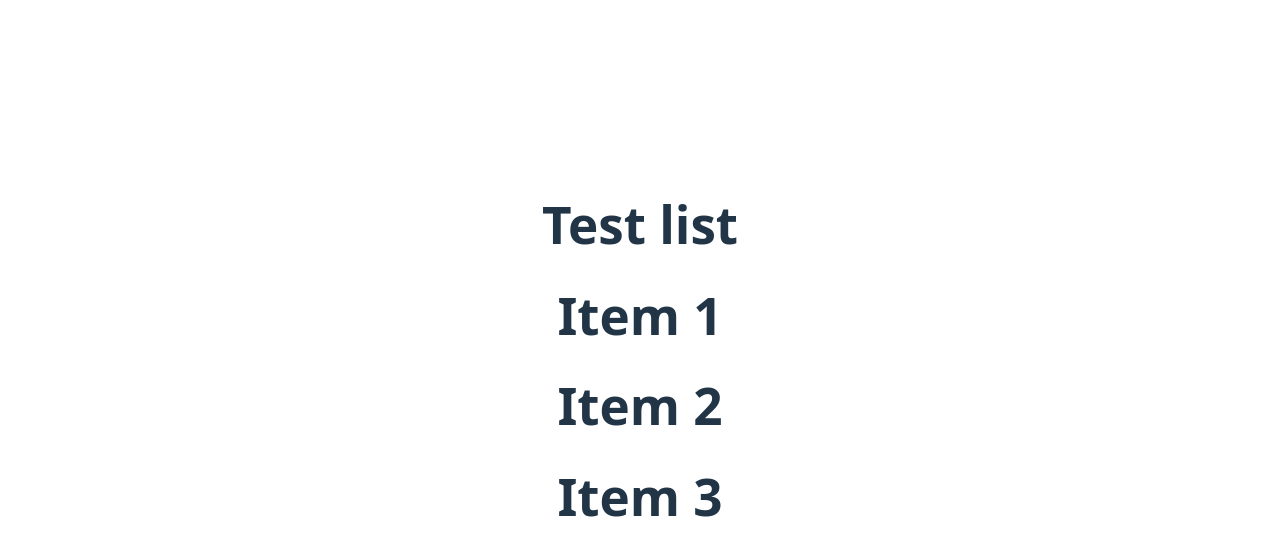
Repository: valentina2209/homeworks
Page: / (app in hw-03-teacher/)
These files come from the project's save history. The page is drawn as it stood at one moment and after the next save; the edit follows.
The browser window is 1280 px wide. The pictures show the whole page.
The project was rebuilt for these pictures with package versions that can differ from the ones it lists, and the page was loaded fresh each time. Also part of the build but not shown: hw-03-teacher/vite.config.js.

Above is the page before, as saved 2025-06-05 10:48:31.

### hw-03-teacher/src/App.jsx
import './App.css'

function App() {
  return (
    <>
      <div>
        <h1>Test list</h1>
        <div>
          {[
            <h1 key={1}>Item 1</h1>,
            <h1 key={2}>Item 2</h1>,
            <h1 key={3}>Item 3</h1>,
          ]}
        </div>
      </div>
    </>
  )
}

export default App

Loaded but not shown: hw-03-teacher/index.html (common file); hw-03-teacher/src/main.jsx (common file); hw-03-teacher/src/index.css (common file); hw-03-teacher/src/App.css (common file)

After the next save:
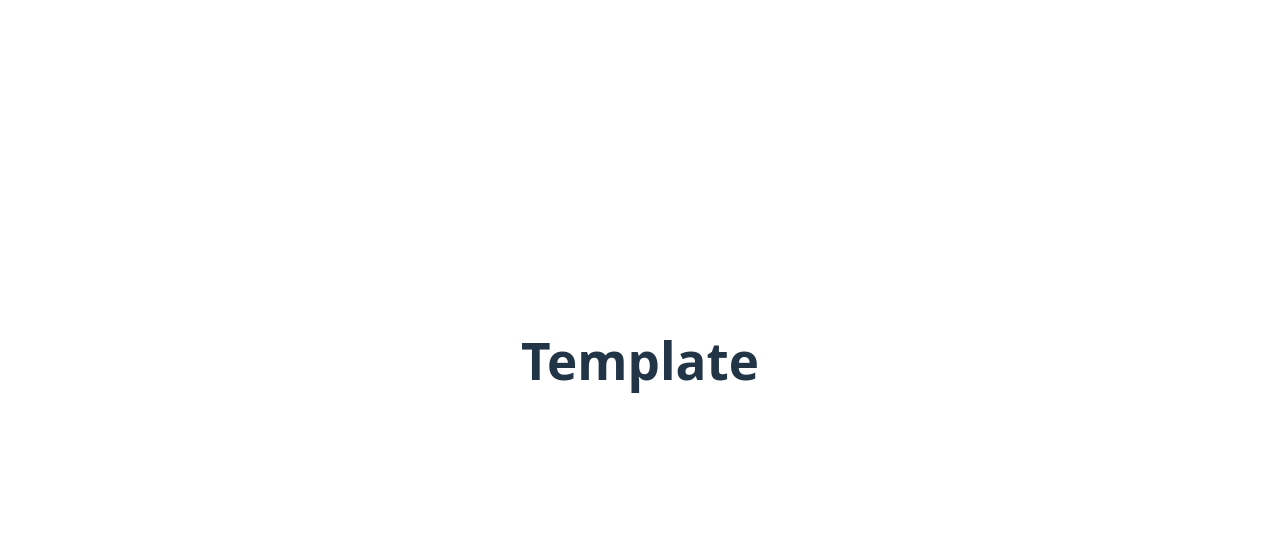
Saved 6 min 9 s later.
--- a/hw-03-teacher/src/App.jsx
+++ b/hw-03-teacher/src/App.jsx
@@ -4,14 +4,7 @@ function App() {
   return (
     <>
       <div>
-        <h1>Test list</h1>
-        <div>
-          {[
-            <h1 key={1}>Item 1</h1>,
-            <h1 key={2}>Item 2</h1>,
-            <h1 key={3}>Item 3</h1>,
-          ]}
-        </div>
+        <h1>Template</h1>
       </div>
     </>
   )
